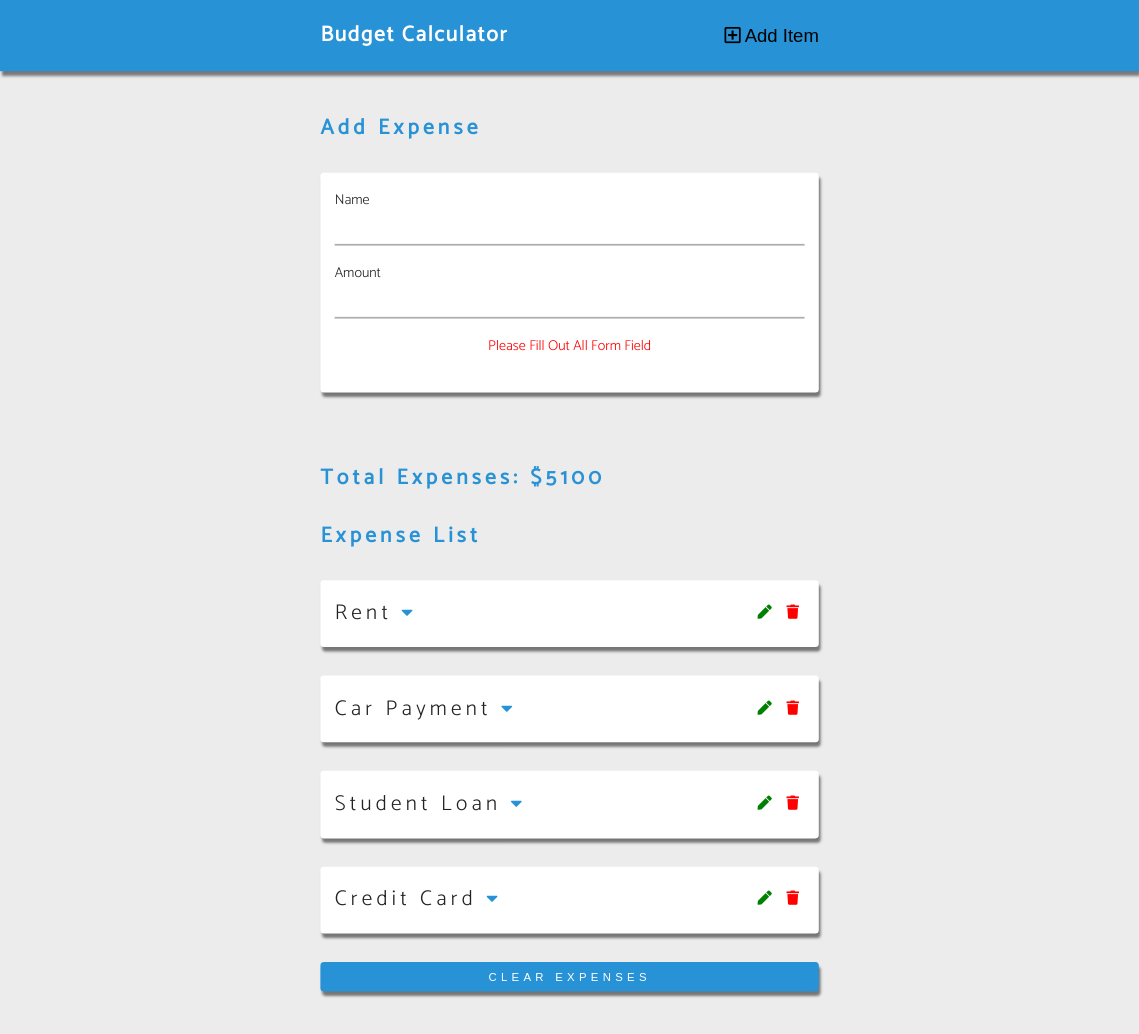
Repository: webdril/budget
Page: /
These files come from the project's save history. The page is drawn as it stood at one moment and after the next save; the edit follows.
The browser window is 1280 px wide. The pictures show the whole page, at 89% of full size.
The project was rebuilt for these pictures with package versions that can differ from the ones it lists, and the page was loaded fresh each time.

Above is the page before, as saved 2020-03-13 21:24:45.

### public/index.html
<!DOCTYPE html>
<html lang="en">
<head>
	<meta charset='utf-8'>
	<meta name='viewport' content='width=device-width,initial-scale=1'>

	<title>Budget Calculator</title>

	<link rel='icon' type='image/png' href='/favicon.png'>
	<link rel='stylesheet' href='/global.css'>
	<link rel='stylesheet' href='/build/bundle.css'>
	<!-- Font Awesome -->
	<link rel="stylesheet" href="fontawesome-free-5.11.2-web/css/all.min.css">

	<script defer src='/build/bundle.js'></script>
</head>

<body>
</body>
</html>

### src/App.svelte
<script>
import {setContext} from 'svelte';
// components
import Navbar from './Navbar.svelte'
import ExpensesList from './ExpensesList.svelte'
import Totals from './Totals.svelte'
import ExpenseForm from './ExpenseForm.svelte'

// Data
import expensesData from './expenses';

// variables
let expenses = [...expensesData];
// reactive
$: total = expenses.reduce((acc, curr) => {
	console.log(acc, curr.amount);
	return(acc += curr.amount);
},0);

// functions
function removeExpense(id){
	expenses = expenses.filter(item =>item.id !== id);
}
function clearExpenses(){
	expenses = [];
}

// context
setContext('remove', removeExpense)
</script>

<!-- CSS/STYLING -->

<Navbar />
<main class="content">
<ExpenseForm />
	<Totals title="total expenses" {total} />
	<ExpensesList {expenses}/>
	<button type="button" class="btn btn-primary btn-block" on:click={clearExpenses}> Clear Expenses</button>
</main>

### src/Navbar.svelte
<nav class="nav">
	<div class="nav-center">
		<h1 class="nav-title">Budget Calculator</h1>
		<button type="button" class="nav-btn">
			<i class="far fa-plus-square" />
			Add Item
		</button>
	</div>
</nav>

### src/ExpensesList.svelte
<script>
import SectionTitle from './Title.svelte';
import Expense from './Expense.svelte';
export let expenses = [];
</script>

<style>
    h2 {
        text-transform: capitalize;
    }
</style>

<section>
    <SectionTitle title= 'expense list' />
    <ul>
        {#each expenses as expense, index}
            <!-- <Expense {expense}/> -->
            <!-- Anothr way below -->
            <Expense {...expense} />
            {:else}
                <h2>No Expenses added to the list</h2>
        {/each}
    </ul>
</section>

### src/Totals.svelte
<script>
export let title = 'default title';
export let total = 0;
</script>




<section class="main-title">
<h2>{title}: ${total}</h2>
</section>

### src/ExpenseForm.svelte
<script>
import Title from './Title.svelte'
</script>

<section class="form">
    <Title title= "add expense" />
    <form class="expense-form">
        <div class="form-control">
            <label for="name">Name</label>
            <input type="text" id="name" />
        </div>
        <div class="form-control">
            <label for="amount">amount</label>
            <input type="number" id="amount" />
        </div>
        <p class="form-empty">Please fill out all form field</p>
    </form>
</section>

### src/Title.svelte
<script>
export let title = "default title";

</script>


<div class="main-title">
 <h2>{title}</h2>
</div>

### src/Expense.svelte
<script>
import {getContext} from 'svelte';
// export let expense
// let {name, amount} = expense
// Another method below
export let id;
export let name = "";
export let amount =0;
let displayAmount = false;

function toggleAmount () {
    displayAmount = !displayAmount
}
const removeExpense = getContext('remove');
</script>

<article class="single-expense">
    <div class="expense-infor">
        <h2>{name}
            <button class="amount-btn" on:click={toggleAmount}>
                <i class="fas fa-caret-down" />
            </button>
        </h2>
        {#if displayAmount}
        <h4>amount: ${amount}</h4>
        {/if}
    </div>
    <div class="expense-button">
        <button class="expense-btn edit-btn">
            <i class="fas fa-pen" />
        </button>
          <button class="expense-btn delete-btn"
          on:click={removeExpense(id)}>

            <i class="fas fa-trash" />
        </button>
    </div>
</article>

### public/global.css
/*
======
Fonts
======
*/
@import url("https://fonts.googleapis.com/css?family=Catamaran:300,400&display=swap");
/*
======
Variables
======
*/
:root {
  --primaryColor: #2892d7;
  --mainWhite: #fff;
  --offWhite: #f7f7f7;
  --mainBlack: #222;
  --mainGrey: #ececec;
  --darkGrey: #afafaf;
  --mainTransition: all 0.3s linear;
  --mainSpacing: 0.3rem;
  --lightShadow: 2px 5px 3px 0px rgba(0, 0, 0, 0.5);
  --darkShadow: 4px 10px 5px 0px rgba(0, 0, 0, 0.5);
  --mainBorderRadius: 0.25rem;
}
/*
======
Global Styles
======
*/
* {
  margin: 0;
  padding: 0;
  box-sizing: border-box;
}

body {
  font-family: "Catamaran", sans-serif;
  color: var(--mainBlack);
  background: var(--mainGrey);
  line-height: 1.4;
  font-size: 1rem;
  font-weight: 300;
}
h1,
h2,
h3,
h4,
h5,
h6 {
  font-family: "Catamaran", sans-serif;
  margin-bottom: 1.25rem;
  letter-spacing: var(--mainSpacing);
}
p {
  margin-bottom: 1.25rem;
}
ul {
  list-style-type: none;
}
a {
  text-decoration: none;
  color: var(--mainBlack);
}
/*
======
Buttons
======
*/
.btn,
.btn-white,
.btn-primary {
  text-transform: uppercase;
  letter-spacing: var(--mainSpacing);
  color: var(--primaryColor);
  border: 2px solid var(--primaryColor);
  padding: 0.45rem 0.8rem;
  display: inline-block;
  transition: var(--mainTransition);
  cursor: pointer;
  font-size: 0.8rem;
  border-radius: var(--mainBorderRadius);
  background: transparent;
}
.btn:hover {
  background: var(--primaryColor);
  color: var(--mainWhite);
}
.btn-white {
  background: transparent;
  color: var(--primaryColor);
  border-color: var(--primaryColor);
}
.btn-white:hover {
  background: var(--mainWhite);
  color: var(--primaryColor);
}
.btn-primary {
  background: var(--primaryColor);
  color: var(--mainWhite);
  border-color: var(--primaryColor);
}
.btn-primary:hover {
  background: transparent;
  color: var(--primaryColor);
}
.btn-block {
  width: 100%;
  display: block;
  margin: 0 auto;
  box-shadow: var(--lightShadow);
}
.disabled {
  color: var(--darkGrey);
  border-color: var(--darkGrey);
}
.disabled:hover {
  background: transparent;
  color: var(--darkGrey);
  border-color: var(--darkGrey);
}
/*
======
Navbar
======
*/
.nav {
  background: var(--primaryColor);
  height: 5rem;
  display: flex;
  align-items: center;
  box-shadow: var(--lightShadow);
}

.nav-center {
  width: 85%;
  max-width: 35rem;
  margin: 0 auto;
  display: flex;
  justify-content: space-between;
}
.nav-title {
  text-transform: capitalize;
  color: var(--mainWhite);
  margin-bottom: 0;
  letter-spacing: 2px;
}
.nav-btn {
  background: transparent;
  font-size: 1.3rem;
  border: none;
  cursor: pointer;
  text-transform: capitalize;
  transition: var(--mainTransition);
}
.nav-btn:hover {
  color: var(--darkGrey);
}
/*
======
Content
======
*/
.content {
  padding: 3rem 0;
  width: 85vw;
  max-width: 35rem;
  margin: 0 auto;
}

/*
======
Main Title
======
*/
.main-title {
  text-transform: capitalize;
  color: var(--primaryColor);
  margin-bottom: 2rem;
}
/*
======
Single Expense
======
*/
.single-expense {
  display: flex;
  justify-content: space-between;
  text-transform: capitalize;
  align-items: center;
  margin-bottom: 2rem;
  padding: 1.3rem 1rem;
  border-radius: var(--mainBorderRadius);
  background: var(--mainWhite);
  box-shadow: var(--lightShadow);
}
.single-expense h2 {
  margin-bottom: 0;
  font-weight: 300;
}
.single-expense h4 {
  margin-bottom: 0;
  margin-top: 1rem;
  font-weight: 300;
  color: var(--primaryColor);
}

.expense-btn {
  font-size: 1rem;
  background: transparent;
  border: none;
  margin: 0 0.4rem;
  transition: var(--mainTransition);
  cursor: pointer;
}
.expense-btn:hover {
  transform: scale(1.2);
}
.amount-btn {
  font-size: 1.3rem;
  background: transparent;
  border: none;
  cursor: pointer;
  color: var(--primaryColor);
}
.delete-btn {
  color: red;
}
.edit-btn {
  color: green;
}
/*
======
Expense Form
======
*/

.expense-form {
  background: var(--mainWhite);
  padding: 1.25rem 1rem;
  text-transform: capitalize;
  border-radius: var(--mainBorderRadius);
  box-shadow: var(--lightShadow);
}

.form-control label {
  display: block;
}
.form-control input {
  width: 100%;
  border: none;
  border-bottom: 2px solid var(--darkGrey);
  margin-bottom: 1.25rem;
  padding: 0.5rem;
  font-size: 1.2rem;
}
.form-empty {
  text-align: center;
  color: red;
}
.form {
  position: relative;
  margin-bottom: 5rem;
}
.close-btn {
  position: absolute;
  top: 0;
  right: 0;
  font-size: 1.2rem;
  text-transform: capitalize;
  display: flex;
  align-items: center;
  width: 4.2rem;
  justify-content: space-between;
  background: transparent;
  border: none;
  color: red;
  cursor: pointer;
}
/*
======
Modal
======
*/
.modal-container {
  position: fixed;
  top: 0;
  left: 0;
  right: 0;
  bottom: 0;
  background: rgba(0, 0, 0, 0.7);
  z-index: 2;
}
.modal-content {
  background: var(--mainWhite);
  width: 85vw;
  max-width: 35rem;
  margin: 0 auto;
  margin-top: 5rem;
  padding: 3rem;
  border-radius: var(--mainBorderRadius);
  position: relative;
}
.modal-content .expense-form {
  box-shadow: none;
}
.modal-container .form {
  margin-bottom: 0;
}
.modal-container .expense-form {
  padding: 1.25rem 0;
}
.modal-container .form {
  position: static;
}
.modal-container .close-btn {
  top: 2%;
  right: 3%;
}
/*
======
Github Users
======
*/

.user {
  margin: 2rem 0;
  box-shadow: var(--lightShadow);
  display: grid;
  grid-template-columns: auto 1fr;
  border-radius: var(--mainBorderRadius);
  grid-column-gap: 2rem;
  background: var(--mainWhite);
}
.user img {
  width: 6rem;
  border-top-left-radius: var(--mainBorderRadius);
  border-bottom-left-radius: var(--mainBorderRadius);
}
.user-info {
  padding-top: 0.75rem;
}
.user-info h3 {
  margin-bottom: 0.75rem;
}

Loaded but not shown: src/main.js (common file); src/expenses.js (common file); public/fontawesome-free-5.11.2-web/css/all.min.css (library)

After the next save:
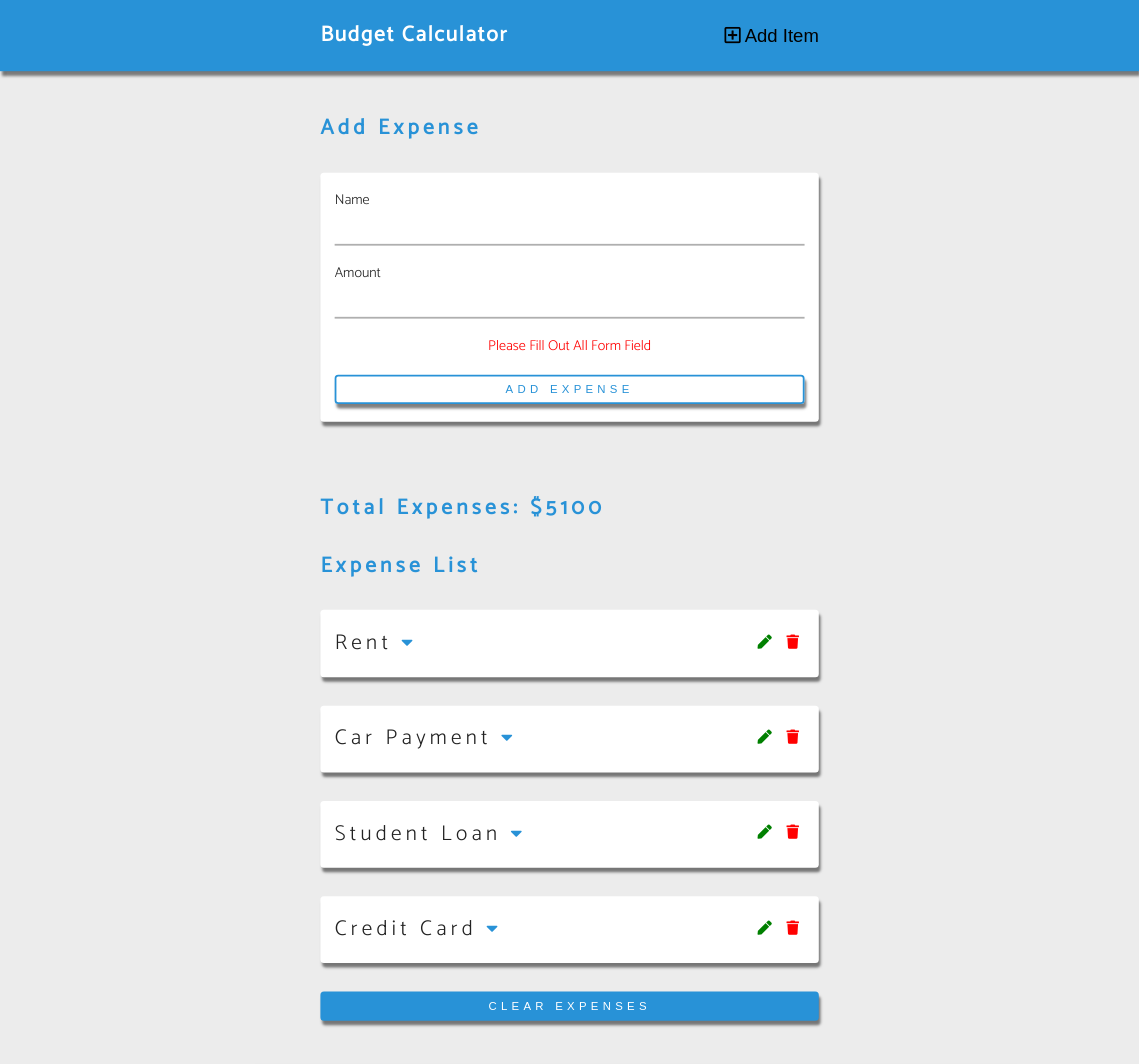
Saved 70 s later.
--- a/src/ExpenseForm.svelte
+++ b/src/ExpenseForm.svelte
@@ -14,5 +14,6 @@ import Title from './Title.svelte'
             <input type="number" id="amount" />
         </div>
         <p class="form-empty">Please fill out all form field</p>
+        <button type="submit" class="btn btn-block">add expense</button>
     </form>
 </section>
